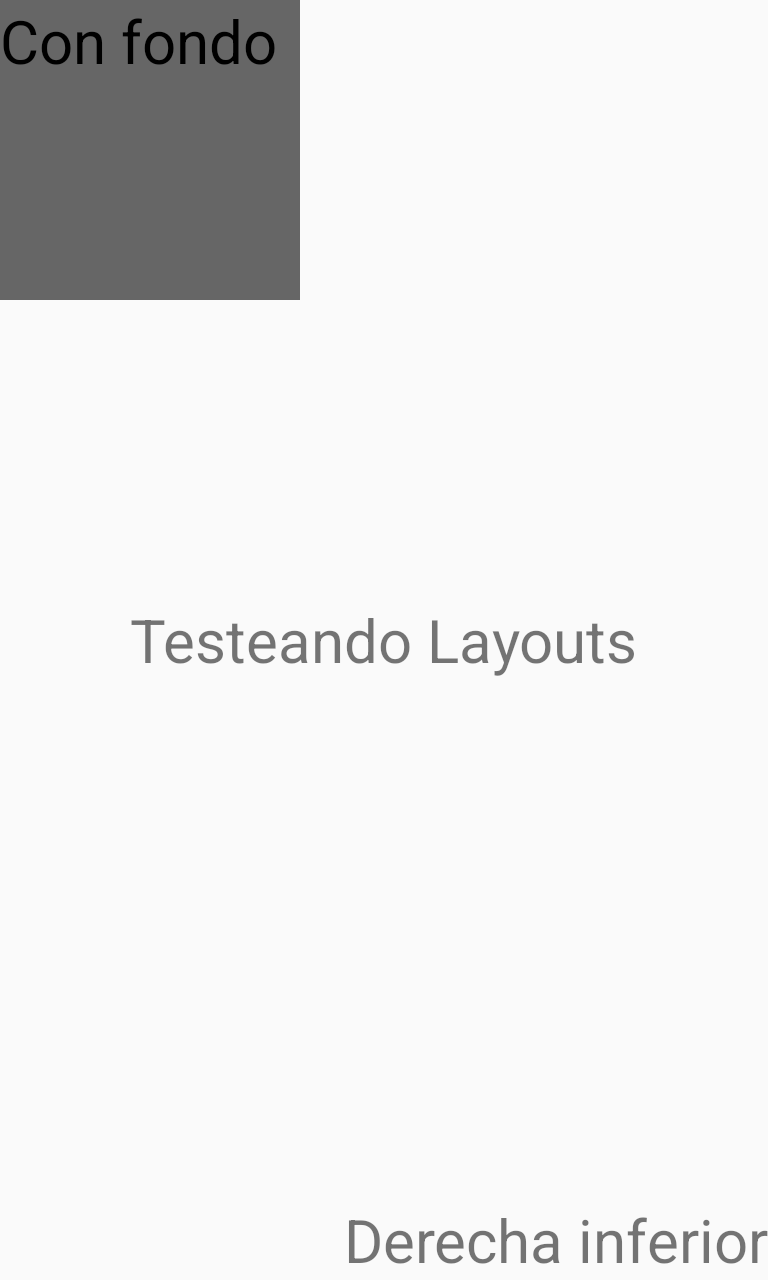
Repository: jromanz/android-projects
Layout: ListaAlumnos/res/layout/activity_frame_layout.xml
These files come from the project's save history. The layout is drawn as it stood at one moment and after the next save; the edit follows.
It is drawn on a 768 x 1280 px phone screen (xhdpi) without system bars, with theme AppTheme; the app's code is not run.

Above is the layout before, as saved 2014-08-28 23:25:56.

### ListaAlumnos/res/layout/activity_frame_layout.xml
<FrameLayout xmlns:android="http://schemas.android.com/apk/res/android"
    xmlns:tools="http://schemas.android.com/tools"
    android:layout_width="fill_parent"
    android:layout_height="fill_parent"
    tools:context="${relativePackage}.${activityClass}" >

        <TextView
        android:layout_width="150dp"
        android:layout_height="150dp"
        android:text="Con fondo"
        android:textSize="30sp"
        android:layout_gravity="top|left"
		android:background="#666666"
        android:textColor="#000000"
        />

    <TextView
        android:layout_width="wrap_content"
        android:layout_height="wrap_content"
        android:text="Testeando Layouts"
        android:textSize="30sp"
        android:layout_gravity="center"
        />


    <TextView
        android:layout_width="wrap_content"
        android:layout_height="wrap_content"
        android:text="Derecha inferior"
        android:textSize="30sp"
        android:layout_gravity="bottom|right"
        />

</FrameLayout>

Loaded but not shown: ListaAlumnos/res/values/styles.xml (common file); ListaAlumnos/res/values-v11/styles.xml (common file); ListaAlumnos/res/values-v14/styles.xml (common file)

After the next save:
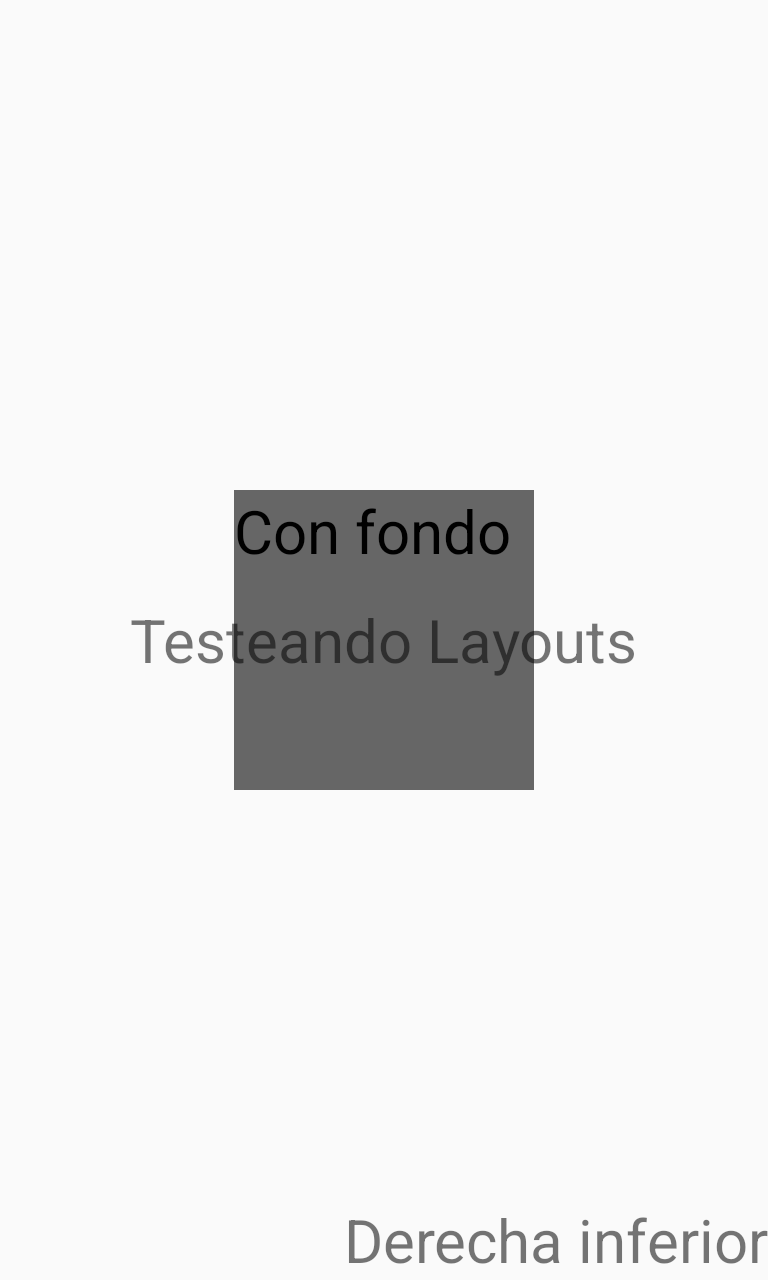
Saved 12 min 4 s later.
--- a/ListaAlumnos/res/layout/activity_frame_layout.xml
+++ b/ListaAlumnos/res/layout/activity_frame_layout.xml
@@ -9,7 +9,7 @@
         android:layout_height="150dp"
         android:text="Con fondo"
         android:textSize="30sp"
-        android:layout_gravity="top|left"
+        android:layout_gravity="center"
 		android:background="#666666"
         android:textColor="#000000"
         />
